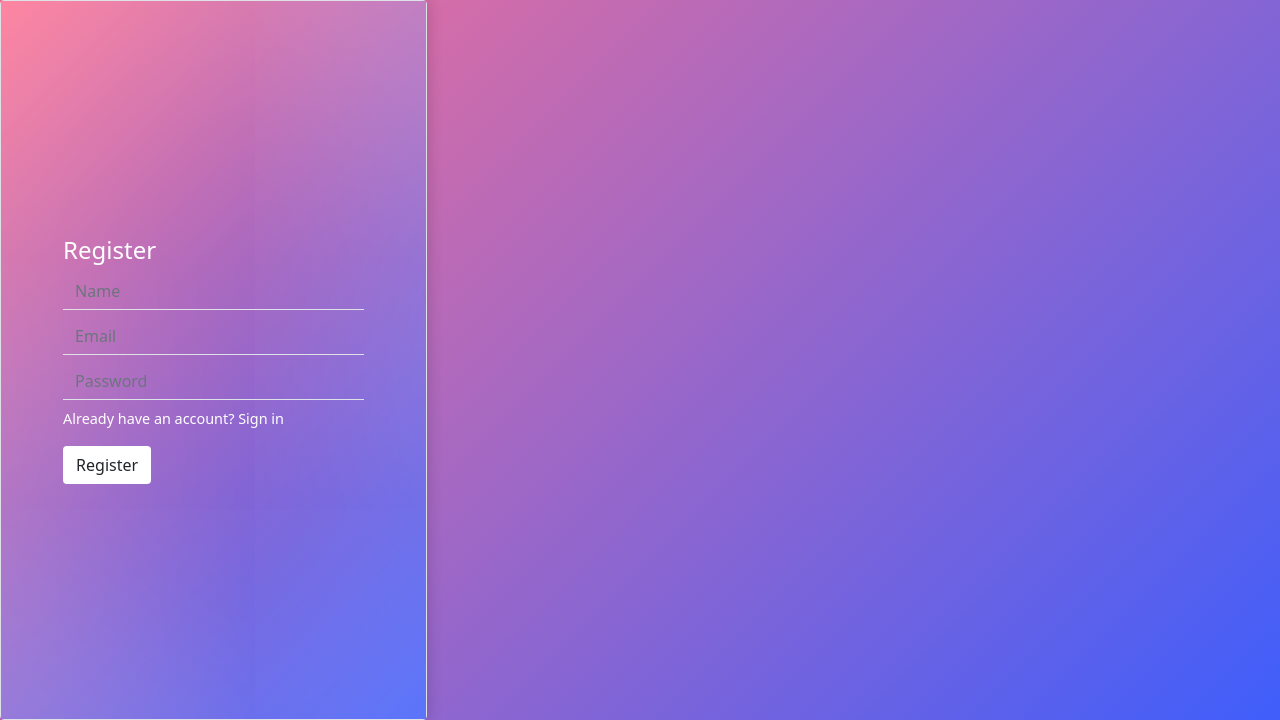
Repository: SaudCh/React-login
Page: /register
An editor plug-in stored every save of this project. The page is shown before and after the next save, followed by the edit.
The browser window is 1280 px wide. The pictures show the whole page.
The project was rebuilt for these pictures with package versions that can differ from the ones it lists, and the page was loaded fresh each time. Also part of the build but not shown: src/Components/Login/logincss.js, src/Components/Login/loginValidation.js, src/Components/Login/Login.jsx, src/Components/Home/Home.jsx.

Above is the page before, as saved 2022-02-06 12:01:57.

### src/App.js
import Login from './Components/Login/Login';
import Register from './Components/Register/Register'
import '../node_modules/bootstrap/dist/css/bootstrap.min.css'
import { Routes, Route } from 'react-router-dom'
import Home from './Components/Home/Home';

function App() {
  return (
    <Routes>
      <Route path="login" element={<Login />} />
      <Route path="register" element={<Register />} />
      <Route path="/" element={<Home />} />
      <Route path="*" element={<Register />} />
    </Routes >
  );
}

export default App;

### src/Components/Register/Register.jsx
import React, { useState } from "react";
import "./Register.css";
import { formStyle } from "./RegsiterCss";
import axios from "axios";
import { registrationValidation } from "./RegisterValidation";

export default function Register() {
  const [name, setName] = useState();
  const [email, setEmail] = useState();
  const [password, setPassword] = useState();
  const [error, setError] = useState("");

  const formSubmit = (e) => {
    setError("");
    e.preventDefault();
    const data = {
      name: name,
      email: email,
      password: password,
    };

    const errors = registrationValidation(data);

    console.log(Object.keys(errors).length);

    if (Object.keys(errors).length !== 0) {
      setError(errors);
      return;
    }

    axios
      .post("http://localhost:5000/api/user/register", data)
      .then(function (response) {
        console.log(response);
      })
      .catch(function (error) {
        let err;
        if (error.response) {
          err = error.response.data.message;
        } else if (error.request) {
          err = error.toJSON().message;
        } else {
          err = error.message;
        }
        setError({ api: err });
      });
  };

  return (
    <div>
      <div className="container-fluid">
        <div className="row background-image">
          <div className="col-10 col-md-4 background-text border rounded">
            <form onSubmit={formSubmit} className="col-9">
              {error.api && <p className="text-danger p-0 m-0">{error.api}</p>}
              <div className="my-2">
                <h4 className="text-white">Register </h4>
              </div>
              <div className="my-2">
                <input
                  type="text"
                  style={formStyle}
                  value={name}
                  onChange={(name) => setName(name.target.value)}
                  className="form-control border-bottom hlo"
                  id="name"
                  placeholder="Name"
                />
                {error.name && (
                  <p className="text-danger p-0 m-0">{error.name}</p>
                )}
              </div>
              <div className="form-group my-2">
                <input
                  style={formStyle}
                  value={email}
                  onChange={(email) => setEmail(email.target.value)}
                  type="email"
                  class="form-control border-bottom"
                  id="email"
                  placeholder="Email"
                />
                {error.email && (
                  <p className="text-danger p-0 m-0">{error.email}</p>
                )}
              </div>
              <div className="form-group my-2">
                <input
                  style={formStyle}
                  value={password}
                  onChange={(password) => setPassword(password.target.value)}
                  type="password"
                  class="form-control border-bottom"
                  id="password"
                  placeholder="Password"
                />
                {error.password && (
                  <p className="text-danger p-0 m-0">{error.password}</p>
                )}
              </div>
              <div className="my-2">
                <div>
                  <p className="text-white" style={{ fontSize: "0.9rem" }}>
                    Already have an account? <span>Sign in</span>
                  </p>
                </div>
                <button className="btn" style={{ backgroundColor: "white" }}>
                  Register
                </button>
              </div>
            </form>
          </div>
        </div>
      </div>
    </div>
  );
}

### src/Components/Login/Login.css
:root {
  --primary: #FE7191;
  --secondary: #3f5efb;
}
.background-image {
  height: 100vh;
  width: 100vw;

  background: linear-gradient(135deg, var(--primary), var(--secondary)),
    url("../Images/back.jpg") no-repeat center center / cover;
}

.background-text {
  padding: 20px 0px;
  display: flex;
  justify-content: center;
  align-items: center;

  box-shadow: 0 0 1rem 0 rgba(0, 0, 0, 0.2);
  position: relative;
  background: inherit;
  z-index: 1;
}
.background-text::before {
  content: "";
  position: absolute;
  background: inherit;
  top: 0;
  bottom: 0;
  left: 0;
  right: 0;
  box-shadow: inset 0 0 2000px rgba(255, 255, 255, 0.3);
  /* filter: blur(1px); */
  z-index: -1;
}

input:hover,
input:active,
input:focus,
input:-webkit-autofill {
  outline: 0px !important;
  -webkit-appearance: none;
  box-shadow: none !important;
}
input:-webkit-autofill,
input:-webkit-autofill:focus {
  transition: background-color 600000s 0s, color 600000s 0s;
}

### src/Components/Register/Register.css
/* .background-image {
  background-image: linear-gradient(rgba(0, 0, 0, 0.2), rgba(0, 0, 0, 0.2)),
    url("../Images/back.jpg");
  background-position: center;
  background-repeat: no-repeat;
  background-size: cover;

  height: 100vh;
  justify-content: center;
  align-items: center;

  position: relative;
  z-index: 1;
}
.background-image::before {
  content: "";
  position: absolute;
  background: inherit;
  top: 0;
  bottom: 0;
  left: 0;
  right: 0;
  filter: blur(1px);
  z-index: -1;
} */

.background-text {
  padding: 20px 0px;
  display: flex;
  justify-content: center;
  align-items: center;

  box-shadow: 0 0 1rem 0 rgba(0, 0, 0, 0.2);
  position: relative;
  background: inherit;
  z-index: 1;
}
.background-text::before {
  content: "";
  position: absolute;
  background: inherit;
  top: 0;
  bottom: 0;
  left: 0;
  right: 0;
  box-shadow: inset 0 0 2000px rgba(255, 255, 255, 0.3);
  /* filter: blur(1px); */
  z-index: -1;
}

input:hover,
input:active,
input:focus,
input:-webkit-autofill {
  outline: 0px !important;
  -webkit-appearance: none;
  box-shadow: none !important;
}
input:-webkit-autofill,
input:-webkit-autofill:focus {
  transition: background-color 600000s 0s, color 600000s 0s;
}

### src/Components/Register/RegsiterCss.js
export const formStyle = {
    backgroundColor: "transparent",
    color: "white",
    border: "none",
    borderRadius: 0,
};

### src/Components/Register/RegisterValidation.js
export const registrationValidation = (data) => {
    let errors = {};

    if (!data.name) {
        errors.name = "Name is Required."
    }
    if (!data.email) {
        errors.email = "Email Is Required."
    }
    else if (!/\S+@\S+\.\S+/.test(data.email)) {
        errors.email = "Invalid Email"
    }
    if (!data.password) {
        errors.password = "Password is required."
    }
    else if (data.password.length < 6) {
        errors.password = "Password Must be more than Six Characters"
    }
    return errors;

}

Loaded but not shown: public/index.html (common file); src/index.js (common file); src/index.css (common file); src/reportWebVitals.js (common file)

After the next save:
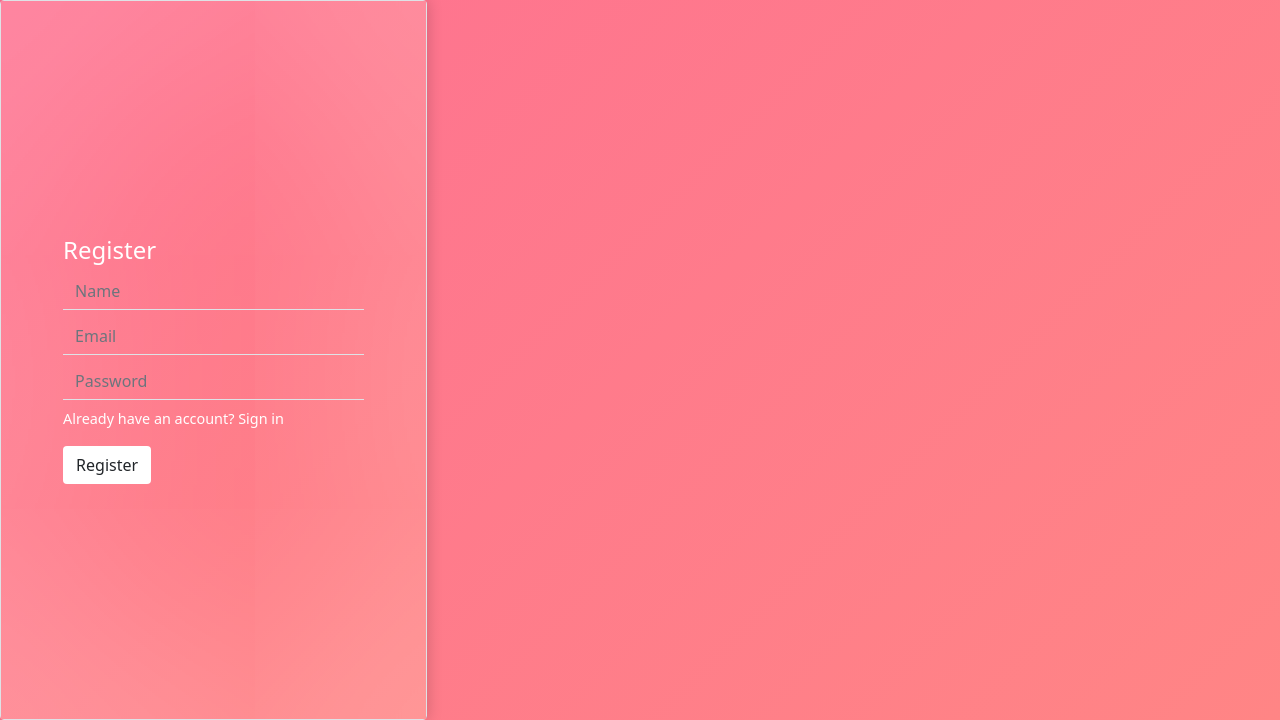
Saved 27 s later.
--- a/src/Components/Login/Login.css
+++ b/src/Components/Login/Login.css
@@ -1,6 +1,6 @@
 :root {
-  --primary: #FE7191;
-  --secondary: #3f5efb;
+  --primary: #fe7191;
+  --secondary: #ff8585;
 }
 .background-image {
   height: 100vh;
